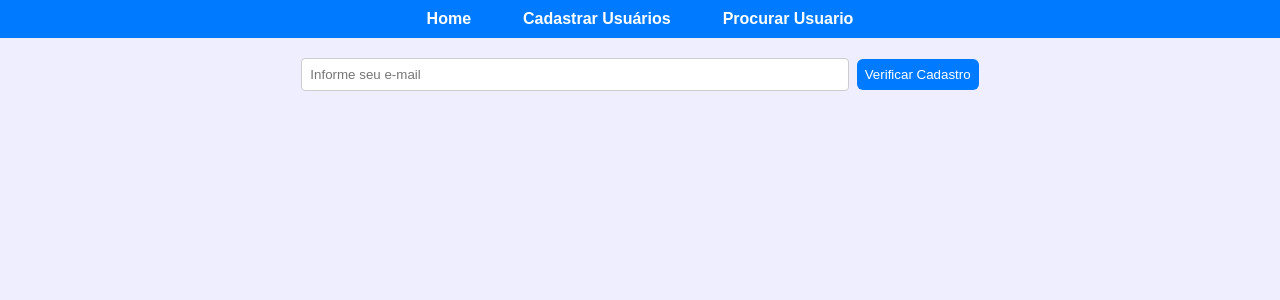
Repository: diegoeiti/Logica-Programacao
Page: http://localhost/paginas/verificarUsuario
The author's editor kept a copy of each file at every save. The page is drawn from the files as they stood at one save, then again after the next save.
The browser window is 1280 px wide. The pictures show the whole page.
The page is run by PHP 8.4 with error messages shown; the project is at /var/www/html/.

Above is the page before, as saved 2025-10-31 09:16:10.

### Modulo 3 - PHP/Aula 20 CRUDalunos/paginas/verificarUsuario.php
<!DOCTYPE html>
<html lang="pt-br">
<head>
    <meta charset="UTF-8">
    <meta name="viewport" content="width=device-width, initial-scale=1.0">
    <title>Verificar Usuário</title>
    <link rel="stylesheet" href="../estilos/styleVerificar.css">
</head>
<body>

    <header>
        <nav>
            <ul>
                <li><a href="..index/html">Home</a></li>
                <li><a href="cadastro.php">Cadastrar Usuários</a></li>
                <li><a href="#">Procurar Usuario</a></li>
            </ul>
        </nav>
    </header>

    <main>
        <section id="container">
            <form action="verificarUsuario" method="post">
                <input type="email" name="email" id="email" placeholder="Informe seu e-mail">
                <input type="submit" value="Verificar Cadastro">
            </form>
        </section>
    </main>
</body>
</html>

### Modulo 3 - PHP/Aula 20 CRUDalunos/estilos/styleVerificar.css
* {
    box-sizing: border-box;
}

body {
    font-family: Arial, sans-serif;
    background-color: #eef;
    margin: 0;
    padding: 0;
}


header {
    background-color: #007bff;
    padding: 10px 0;
    color: white;
}
nav ul {
    list-style: none;
    display: flex;
    justify-content: center;
    gap: 20px;
    padding: 0;
    margin: 0;
}

nav ul li a {
    text-decoration: none;
    color: white;
    font-weight: bold;
    padding: 8px 16px;
    border-radius: 5px;
    transition: background 0.3s;
}
nav ul li a:hover {
    background-color: #0056b3;
}

main {
    display: flex;
    flex-direction: column;
    align-items: center;
    height: calc(100vh - 60px);
    padding: 20px;
    width: 70vw;
    margin: auto;
}

#containerSection {
    width: 50%;
}

section {
    width: 80%;
}

form {
    display: flex;
    flex-direction: row;
    justify-content: space-around;
    align-items: center;
}

#form-nota {
    display: flex;
    flex-direction: column;
    justify-content: space-around;
    align-items: center;
}

#curso, input[type="email"] {
    width: 80%;
    padding: 8px;
    border-radius: 4px;
    border: 1px solid #ccc;
}
input[type="number"] {
    width: 80%;
    padding: 4px;
    border-radius: 4px;
    border: 1px solid #ccc;
    text-align: center;
}

input[type="submit"] {
    padding: 8px;
    background-color: #007bff;
    color: white;
    border: none;
    border-radius: 6px;
    cursor: pointer;
}

input[type="submit"]:hover {
    background-color: #0056b3;
}

table {
    width: 100%;
    border-collapse: collapse;
    margin: 20px 0;
    font-family: Arial, sans-serif;
    box-shadow: 0 2px 5px rgba(0, 0, 0, 0.1);
}

thead {
    background-color: #007bff;
    color: white;
}

th, td {
    padding: 10px;
    text-align: left;
    border: 1px solid #ddd;
    text-align: center;
}

th {
    font-weight: bold;
    font-size: 1.1em;
}

tr:nth-child(even) {
    background-color: #f2f2f2;
}

tr:hover {
    background-color: #f1f1f1;
}

table td {
    font-size: 1em;
    color: #333;
}

table {
    border-radius: 8px;
    overflow: hidden;
}

.mensagem {
    margin-top: 15px;
    padding: 10px;
    border-radius: 6px;
    text-align: center;
    font-weight: bold;
}

.erro {
    background-color: #f8d7da;
    color: #721c24;
}

#btn-excluir {
    background-color: #e74c3c; /* Vermelho */
    color: white;
    padding: 10px 15px;
    border: none;
    border-radius: 5px;
    cursor: pointer;
    font-size: 14px;
    transition: background-color 0.3s;
}

/* Alterando a cor de fundo quando o mouse passa por cima */
#btn-excluir:hover {
    background-color: #c0392b;
}

#botao-nota {
    display: block;
}

After the next save:
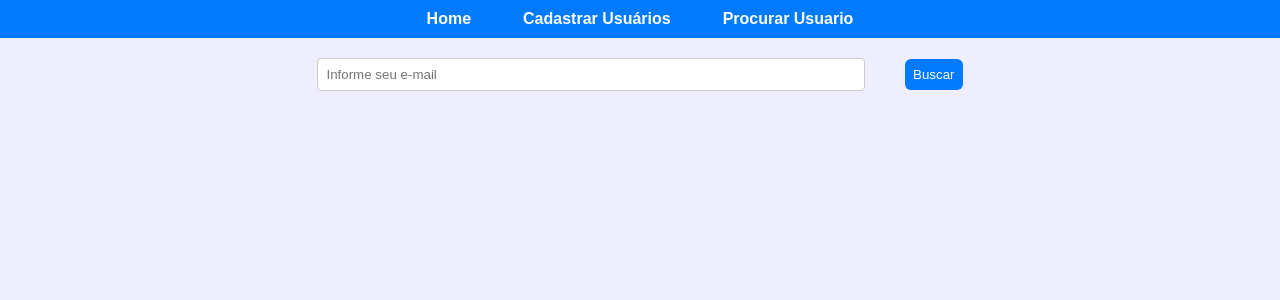
Saved 10 s later.
--- a/Modulo 3 - PHP/Aula 20 CRUDalunos/paginas/verificarUsuario.php
+++ b/Modulo 3 - PHP/Aula 20 CRUDalunos/paginas/verificarUsuario.php
@@ -22,7 +22,7 @@
         <section id="container">
             <form action="verificarUsuario" method="post">
                 <input type="email" name="email" id="email" placeholder="Informe seu e-mail">
-                <input type="submit" value="Verificar Cadastro">
+                <input type="submit" value="Buscar">
             </form>
         </section>
     </main>
